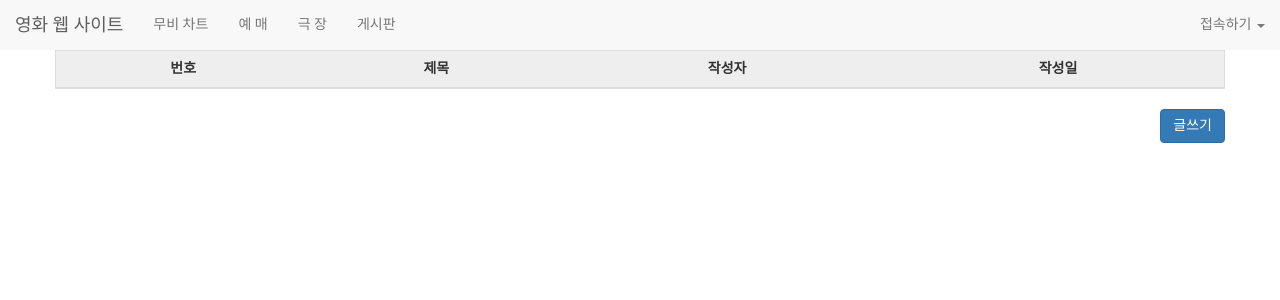
Repository: Gotaemin/java
Page: http://localhost/BBS/bbs.jsp
The author's editor kept a copy of each file at every save. The page is drawn from the files as they stood at one save, then again after a run of saves.
The browser window is 1280 px wide. The pictures show the whole page.
Some web fonts or font styles are not loaded; a fallback is used. Some web libraries are served in a nearby version. The page is served by Tomcat 9. Queries for data that is not in the repository find no rows.

Above is the page before, as saved 2020-03-07 12:01:25.

After the next 2 saves:
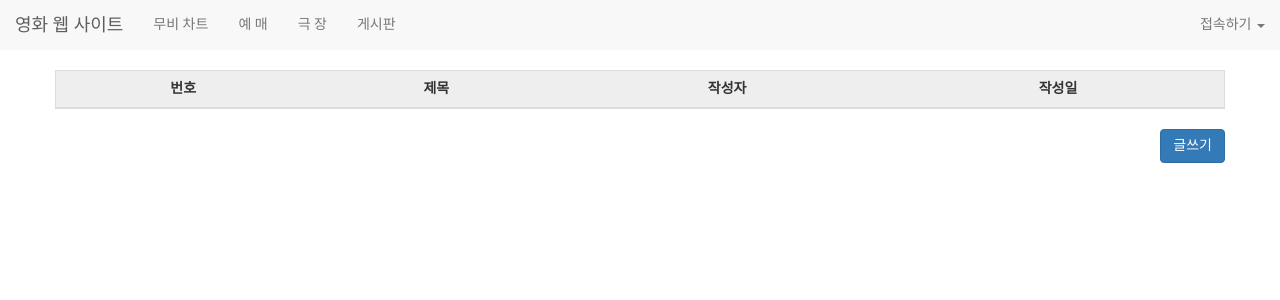
The 2 saves are shown as one change because they came seconds apart.
The last was saved 111 s later.
--- a/BBS/BBS/WebContent/bbs.jsp
+++ b/BBS/BBS/WebContent/bbs.jsp
@@ -114,7 +114,7 @@
 		</div>
 	</nav>
 
-	<div class= "container">
+	<div class= "container" style="margin-top: 20px;">
 		<div class="row">
 			<table class="table talbe-striped" style="text-align:center; border:1px solid #dddddd">
 				<thead><%-- 제목부분 --%>
